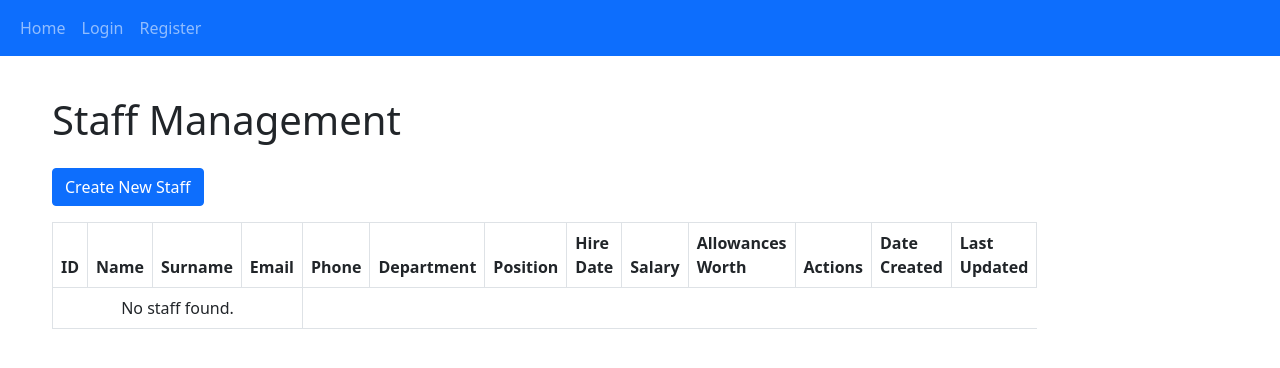
Repository: Matsikembareb/myPowervision
Page: http://localhost/staff
The author's editor kept a copy of each file at every save. The page is drawn from the files as they stood at one save, then again after the next save.
The browser window is 1280 px wide. The pictures show the whole page.
The page is served by the project's application, run on Flask 3 (01prototype/myPowervision/__init__.py).

Above is the page before, as saved 2025-09-26 16:18:21.

After the next save:
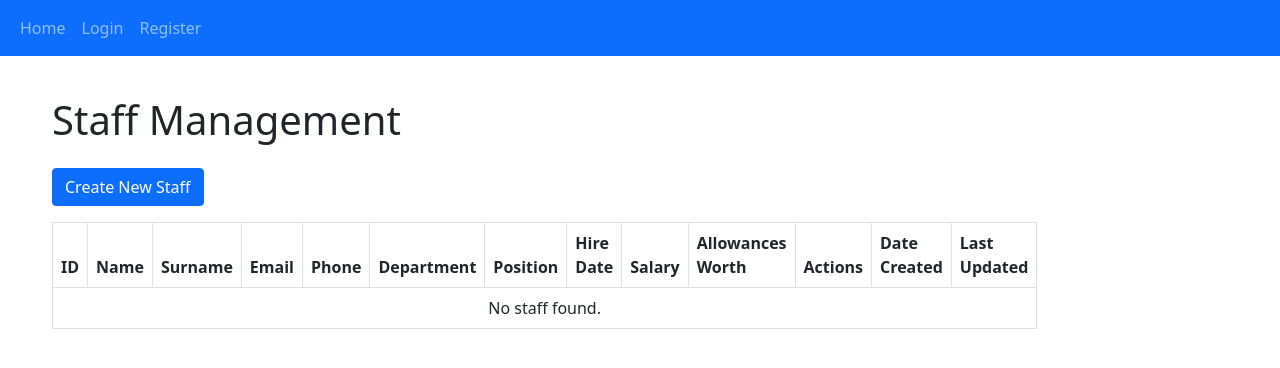
Saved 10 s later.
--- a/01prototype/myPowervision/templates/staff_management/staff.html
+++ b/01prototype/myPowervision/templates/staff_management/staff.html
@@ -49,7 +49,7 @@
             </tr>
         {% else %}
             <tr>
-            <td colspan="4" class="text-center">No staff found.</td>
+            <td colspan="13" class="text-center">No staff found.</td>
             </tr>
         {% endfor %}
         </tbody>
